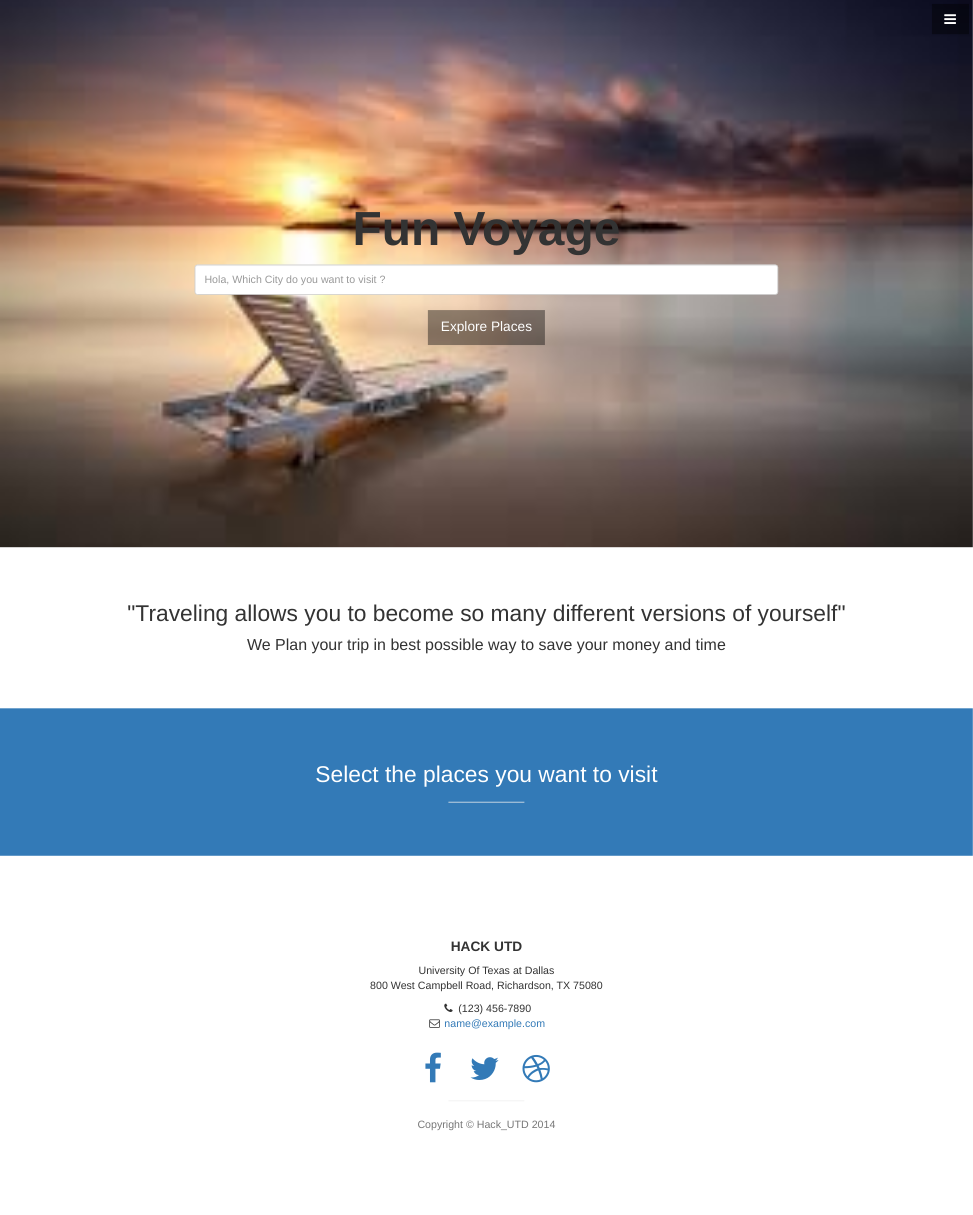
Repository: thomasronk/UTD_Hack
Page: http://localhost/route/Search
An editor plug-in stored every save of this project. The page is shown before and after the next save, followed by the edit.
The browser window is 1280 px wide. The pictures show the whole page, at 76% of full size.
Some web fonts or font styles are not loaded; a fallback is used. The page is served by Tomcat 9. Other server files are loaded and not shown.

Above is the page before, as saved 2015-01-18 12:36:33.

### UTDHackWorkSpace/route/WebContent/WEB-INF/main.jsp

<%@taglib prefix="c" uri="http://java.sun.com/jsp/jstl/core" %>
<html lang="en">

<head>

    <meta charset="utf-8">
    <meta http-equiv="X-UA-Compatible" content="IE=edge">
    <meta name="viewport" content="width=device-width, initial-scale=1">
    <meta name="description" content="">
    <meta name="author" content="">

    <title>Fun Voyage</title>

    <!-- Bootstrap Core CSS -->
    <!--<link href="css/bootstrap.min.css" rel="stylesheet">-->
	<link  rel="stylesheet" href="<c:url value="css/bootstrap.min.css" />" />
    <!-- Custom CSS -->
    <link href="css/stylish-portfolio.css" rel="stylesheet">

    <!-- Custom Fonts -->
    <link href="font-awesome/css/font-awesome.min.css" rel="stylesheet" type="text/css">
    <link href="http://fonts.googleapis.com/css?family=Source+Sans+Pro:300,400,700,300italic,400italic,700italic" rel="stylesheet" type="text/css">

    <!-- HTML5 Shim and Respond.js IE8 support of HTML5 elements and media queries -->
    <!-- WARNING: Respond.js doesn't work if you view the page via file:// -->
    <!--[if lt IE 9]>
        <script src="https://oss.maxcdn.com/libs/html5shiv/3.7.0/html5shiv.js"></script>
        <script src="https://oss.maxcdn.com/libs/respond.js/1.4.2/respond.min.js"></script>
    <![endif]-->

</head>

<body>

    <!-- Navigation -->
    <a id="menu-toggle" href="#" class="btn btn-dark btn-lg toggle"><i class="fa fa-bars"></i></a>
    <nav id="sidebar-wrapper">
        <ul class="sidebar-nav">
            <a id="menu-close" href="#" class="btn btn-light btn-lg pull-right toggle"><i class="fa fa-times"></i></a>
            <li class="sidebar-brand">
                <a href="#top">Start </a>
            </li>
            <li>
                <a href="#top">Home</a>
            </li>
            <li>
                <a href="#about">About</a>
            </li>
            <li>
                <a href="#services">Services</a>
            </li>
            <li>
                <a href="#portfolio">Portfolio</a>
            </li>
            <li>
                <a href="#contact">Contact</a>
            </li>
        </ul>
    </nav>

    <!-- Header -->
    <header id="top" class="header">

        <div class="text-vertical-center">
            <h1>Fun Voyage</h1>
            <!--  <h3>Free Bootstrap Themes &amp; Templates</h3>-->
            <input type="text" class="form-control" id="placeTextField" style="margin-left:20%;margin-top:1%;height:40px;width:60%;"placeholder="Hola, Which City do you want to visit ?"
                   name="place">

            <br>
            <a href="#about" class="btn btn-dark btn-lg">Explore Places</a>
        </div>
    </header>

    <!-- About -->
    <section id="about" class="about">
        <div class="container">
            <div class="row">
                <div class="col-lg-12 text-center">
                    <h2>"Traveling allows you to become so many different versions of yourself"</h2>
                    <p class="lead">We Plan your trip in best possible way to save your money and time </p>
                </div>
            </div>
            <!-- /.row -->
        </div>
        <!-- /.container -->
    </section>

    <section id="services" class="services bg-primary">
        <div class="container">
            <div  class="row text-center">
                <div class="col-lg-10 col-lg-offset-1">
                    <h2>Select the places you want to visit</h2>
                    <hr class="small">
                    <div id="divToBePopulated" class="row">

                    </div>
                    <!-- /.row (nested) -->
                </div>
                <!-- /.col-lg-10 -->
            </div>
            <!-- /.row -->
        </div>
        <!-- /.container -->
    </section>



	<footer>
        <div class="container">
            <div class="row">
                <div class="col-lg-10 col-lg-offset-1 text-center">
                    <h4><strong>HACK UTD</strong>
                    </h4>
                    <p>University Of Texas at Dallas<br>800 West Campbell Road, Richardson, TX 75080</p>
                    <ul class="list-unstyled">
                        <li><i class="fa fa-phone fa-fw"></i> (123) 456-7890</li>
                        <li><i class="fa fa-envelope-o fa-fw"></i>  <a href="mailto:name@example.com">name@example.com</a>
                        </li>
                    </ul>
                    <br>
                    <ul class="list-inline">
                        <li>
                            <a href="#"><i class="fa fa-facebook fa-fw fa-3x"></i></a>
                        </li>
                        <li>
                            <a href="#"><i class="fa fa-twitter fa-fw fa-3x"></i></a>
                        </li>
                        <li>
                            <a href="#"><i class="fa fa-dribbble fa-fw fa-3x"></i></a>
                        </li>
                    </ul>
                    <hr class="small">
                    <p class="text-muted">Copyright &copy; Hack_UTD 2014</p>
                </div>
            </div>
        </div>
    </footer>

    <!-- jQuery -->
    <script src="js/jquery.js"></script>

    <!-- Bootstrap Core JavaScript -->
    <script src="js/bootstrap.min.js"></script>

    <!-- Custom Theme JavaScript -->
    <script>
    // Closes the sidebar menu
    $("#menu-close").click(function(e) {
        e.preventDefault();
        $("#sidebar-wrapper").toggleClass("active");
    });

    // Opens the sidebar menu
    $("#menu-toggle").click(function(e) {
        e.preventDefault();
        $("#sidebar-wrapper").toggleClass("active");
    });

    // Scrolls to the selected menu item on the page
    $(function() {
    	var images = ["bg0.jpg", "bg1.jpg","bg2.jpg","bg3.jpg","bg4.jpg","bg5.jpg","bg6.jpg"];
    	var cnt = 0;
    	setInterval(function () {
    		//console.log("hi");
    	    cnt == images.length-1 ? cnt = 0 : ++cnt;
    	    var url = "img/"+images[cnt];

    	    $(".header").css("background-image", "url(" + url + ")");

    	    //$(".header").css("background-repeat", "no-repeat");
    	    //$(".header").css("background-position", "center center");
    	    //$(".header").css("background-attachment", "scroll");
    	    //$(".header").css("background", background);
    	}, 3000);

    	//setInterval(function() {
    		//  $('.header img')
    		  //  .fadeOut(1000);
    		  //cnt == images.length-1 ? cnt = 0 : ++cnt;
      	    //var url = "img/"+images[cnt];

    		  //  $(".header").css("background-image", "url(" + url + ")");
    		 // $('.header img')
  		    //.fadeIn(1000);

    		//},  3000);
    	//setInterval(function() {
    	//$(".header").animate(1000,function(){
    		//cnt == images.length-1 ? cnt = 0 : ++cnt;
       	    //var url = "img/"+images[cnt];
       	    //$(".header").css("background-image", "url(" + url + ")").animate();
    	 //});
    	//},  3000);

        $('a[href*=#]:not([href=#])').click(function() {
            if (location.pathname.replace(/^\//, '') == this.pathname.replace(/^\//, '') || location.hostname == this.hostname) {

                var target = $(this.hash);
                target = target.length ? target : $('[name=' + this.hash.slice(1) + ']');
                if (target.length) {
                    $('html,body').animate({
                        scrollTop: target.offset().top
                    }, 1000);
                    $("#divToBePopulated").empty();



                    var placesTextFieldValue = jQuery("#placeTextField").val();
                    jQuery.getJSON("/route/Place", {place : decodeURIComponent(placesTextFieldValue)},function(returnedData){
                        if(returnedData) {
                            var len = returnedData.length;
                            if(len>0){
                                for(var i=0;i<len;i++){
                                    var divToAppend = "<div class=\"col-md-3 col-sm-6\"><div class=\"service-item\"><span class=\"fa-stack fa-4x\"><img class=\"fa-stack-2x text-primary\" src=\""+returnedData[i].imgUrl+"\"/></span><h4><strong>"+returnedData[i].placeName+"</strong></h4><p>"+returnedData[i].address+"</p><input type=\"checkbox\" class=\"checkedPlaces\ value=\""+returnedData[i].id+"\"/><span style=\"display: none\">"+returnedData[i].id+"</span><span style=\"display: none\">"+returnedData[i].rating+"</span><span style=\"display: none\">"+returnedData[i].timeSpent+"</span><span style=\"display: none\">"+returnedData[i].cost+"</span>";
                                    jQuery("#divToBePopulated").append(divToAppend);
                                }
                            }
                        }
                    });
                    return false;
                }
            }
        });
    });
    </script>

</body>

</html>

### UTDHackWorkSpace/route/src/com/src/utdhack/Search.java
package com.src.utdhack;

import java.io.IOException;
import javax.servlet.ServletException;
import javax.servlet.annotation.WebServlet;
import javax.servlet.http.HttpServlet;
import javax.servlet.http.HttpServletRequest;
import javax.servlet.http.HttpServletResponse;

/**
 * Servlet implementation class Search
 */
@WebServlet("/Search")
public class Search extends HttpServlet {
	private static final long serialVersionUID = 1L;

    /**
     * @see HttpServlet#HttpServlet()
     */
    public Search() {
        super();
        // TODO Auto-generated constructor stub
    }

	/**
	 * @see HttpServlet#doGet(HttpServletRequest request, HttpServletResponse response)
	 */
	protected void doGet(HttpServletRequest request, HttpServletResponse response) throws ServletException, IOException {
		// TODO Auto-generated method stub
		System.out.println("I am in Search Page");
		//response.getWriter().println("Hello Friend!!!");
		request.getRequestDispatcher("/WEB-INF/main.jsp").forward(request, response);
	}

	/**
	 * @see HttpServlet#doPost(HttpServletRequest request, HttpServletResponse response)
	 */
	protected void doPost(HttpServletRequest request, HttpServletResponse response) throws ServletException, IOException {
		// TODO Auto-generated method stub
	}

}

### UTDHackWorkSpace/route/WebContent/css/stylish-portfolio.css
/*!
 * Start Bootstrap - Stylish Portfolio Bootstrap Theme (http://startbootstrap.com)
 * Code licensed under the Apache License v2.0.
 * For details, see http://www.apache.org/licenses/LICENSE-2.0.
 */

/* Global Styles */

html,
body {
    width: 100%;
    height: 100%;
}

body {
    font-family: "Source Sans Pro","Helvetica Neue",Helvetica,Arial,sans-serif;
}

.text-vertical-center {
    display: table-cell;
    text-align: center;
    vertical-align: middle;
}

.text-vertical-center h1 {
    margin: 0;
    padding: 0;
    font-size: 4.5em;
    font-weight: 700;
}

/* Custom Button Styles */

.btn-dark {
    border-radius: 0;
    color: #fff;
    background-color: rgba(0,0,0,0.4);
}

.btn-dark:hover,
.btn-dark:focus,
.btn-dark:active {
    color: #fff;
    background-color: rgba(0,0,0,0.7);
}

.btn-light {
    border-radius: 0;
    color: #333;
    background-color: rgb(255,255,255);
}

.btn-light:hover,
.btn-light:focus,
.btn-light:active {
    color: #333;
    background-color: rgba(255,255,255,0.8);
}

/* Custom Horizontal Rule */

hr.small {
    max-width: 100px;
}

/* Side Menu */

#sidebar-wrapper {
    z-index: 1000;
    position: fixed;
    right: 0;
    width: 250px;
    height: 100%;
    margin-right: -250px;
    overflow-y: auto;
    background: #222;
    -webkit-transition: all 0.4s ease 0s;
    -moz-transition: all 0.4s ease 0s;
    -ms-transition: all 0.4s ease 0s;
    -o-transition: all 0.4s ease 0s;
    transition: all 0.4s ease 0s;
}

.sidebar-nav {
    position: absolute;
    top: 0;
    width: 250px;
    margin: 0;
    padding: 0;
    list-style: none;
}

.sidebar-nav li {
    text-indent: 20px;
    line-height: 40px;
}

.sidebar-nav li a {
    display: block;
    text-decoration: none;
    color: #999;
}

.sidebar-nav li a:hover {
    text-decoration: none;
    color: #fff;
    background: rgba(255,255,255,0.2);
}

.sidebar-nav li a:active,
.sidebar-nav li a:focus {
    text-decoration: none;
}

.sidebar-nav > .sidebar-brand {
    height: 55px;
    font-size: 18px;
    line-height: 55px;
}

.sidebar-nav > .sidebar-brand a {
    color: #999;
}

.sidebar-nav > .sidebar-brand a:hover {
    color: #fff;
    background: none;
}

#menu-toggle {
    z-index: 1;
    position: fixed;
    top: 0;
    right: 0;
}

#sidebar-wrapper.active {
    right: 250px;
    width: 250px;
    -webkit-transition: all 0.4s ease 0s;
    -moz-transition: all 0.4s ease 0s;
    -ms-transition: all 0.4s ease 0s;
    -o-transition: all 0.4s ease 0s;
    transition: all 0.4s ease 0s;
}

.toggle {
    margin: 5px 5px 0 0;
}

/* Header */

.header {
    display: table;
    position: relative;
    width: 100%;
    height: 100%;
    background-image: url(../img/bg0.jpg);
    background-repeat: no-repeat;
    background-position:center center;
    background-attachment: scroll;
    -webkit-background-size: cover;
    -moz-background-size: cover;
    background-size: cover;
    -o-background-size: cover;
}

/* About */

.about {
    padding: 50px 0;
}

/* Services */

.services {
    padding: 50px 0;
}

.service-item {
    margin-bottom: 30px;
}

/* Callout */

.callout {
    display: table;
    width: 100%;
    height: 400px;
    color: #fff;
    background: url(../img/callout.jpg) no-repeat center center scroll;
    -webkit-background-size: cover;
    -moz-background-size: cover;
    background-size: cover;
    -o-background-size: cover;
}

/* Portfolio */

.portfolio {
    padding: 50px 0;
}

.portfolio-item {
    margin-bottom: 30px;
}

.img-portfolio {
    margin: 0 auto;
}

.img-portfolio:hover {
    opacity: 0.8;
}

/* Call to Action */

.call-to-action {
    padding: 50px 0;
}

.call-to-action .btn {
    margin: 10px;
}

/* Map */

.map {
    height: 500px;
}

@media(max-width:768px) {
    .map {
        height: 75%;
    }
}

/* Footer */

footer {
    padding: 100px 0;
}

Loaded but not shown: UTDHackWorkSpace/route/WebContent/css/bootstrap.min.css (library); UTDHackWorkSpace/route/WebContent/font-awesome/css/font-awesome.min.css (library); UTDHackWorkSpace/route/WebContent/js/jquery.js (library); UTDHackWorkSpace/route/WebContent/js/bootstrap.min.js (library)

After the next save:
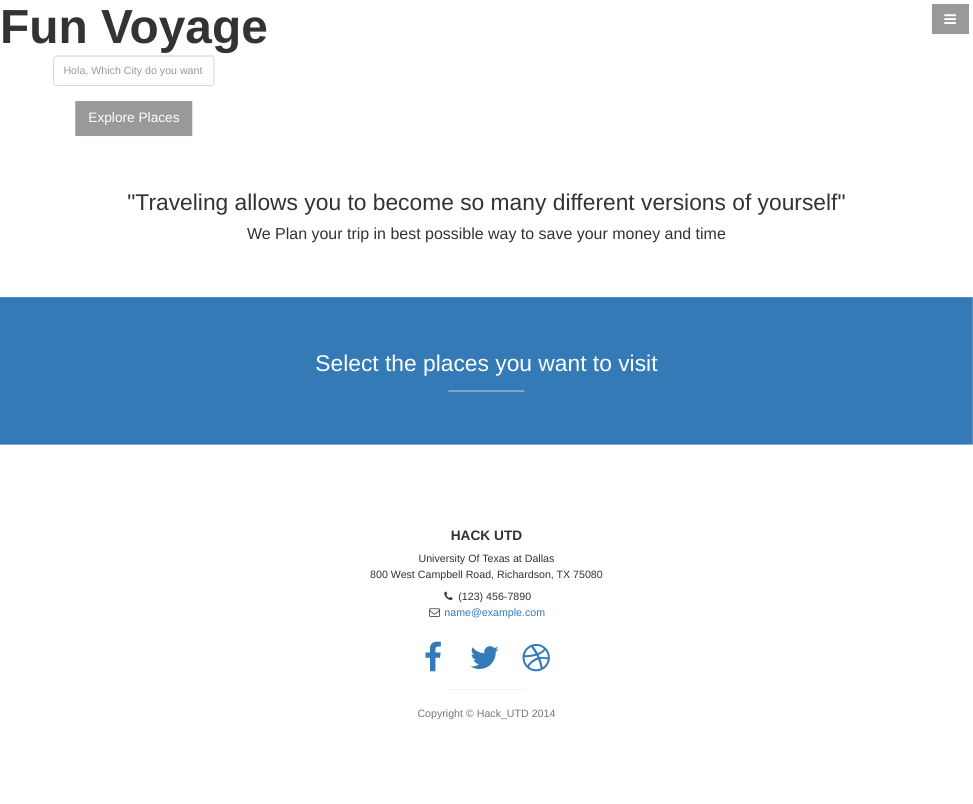
Saved 10 min 19 s later.
--- a/UTDHackWorkSpace/route/WebContent/WEB-INF/main.jsp
+++ b/UTDHackWorkSpace/route/WebContent/WEB-INF/main.jsp
@@ -62,7 +62,10 @@
     <!-- Header -->
     <header id="top" class="header">
 
-        <div class="text-vertical-center">
+
+    </header>
+
+	<div class="text-vertical-center">
             <h1>Fun Voyage</h1>
             <!--  <h3>Free Bootstrap Themes &amp; Templates</h3>-->
             <input type="text" class="form-control" id="placeTextField" style="margin-left:20%;margin-top:1%;height:40px;width:60%;"placeholder="Hola, Which City do you want to visit ?"
@@ -71,8 +74,6 @@
             <br>
             <a href="#about" class="btn btn-dark btn-lg">Explore Places</a>
         </div>
-    </header>
-
     <!-- About -->
     <section id="about" class="about">
         <div class="container">

After the save that followed:
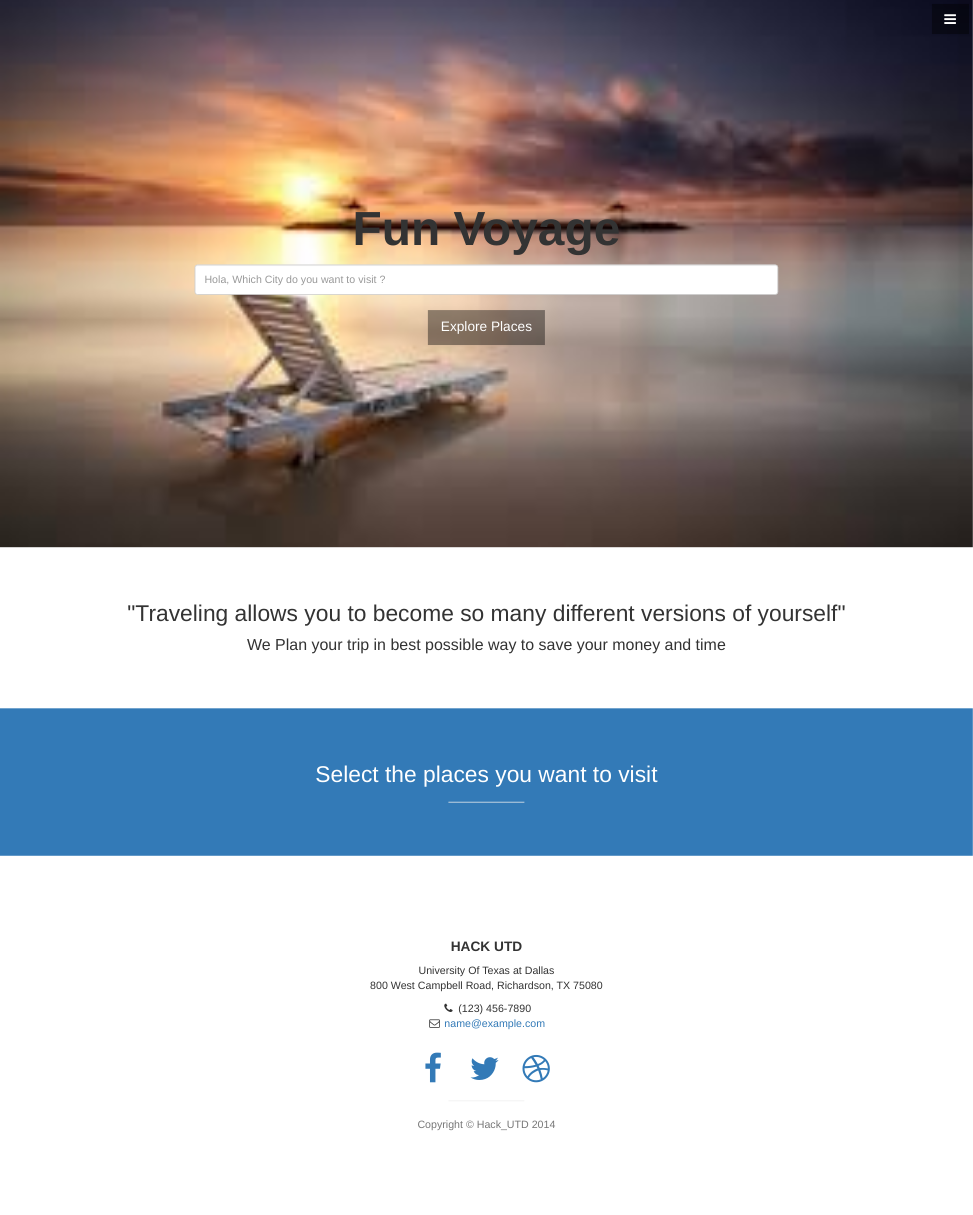
Saved 14 s later.
--- a/UTDHackWorkSpace/route/WebContent/WEB-INF/main.jsp
+++ b/UTDHackWorkSpace/route/WebContent/WEB-INF/main.jsp
@@ -62,10 +62,7 @@
     <!-- Header -->
     <header id="top" class="header">
 
-
-    </header>
-
-	<div class="text-vertical-center">
+        <div class="text-vertical-center">
             <h1>Fun Voyage</h1>
             <!--  <h3>Free Bootstrap Themes &amp; Templates</h3>-->
             <input type="text" class="form-control" id="placeTextField" style="margin-left:20%;margin-top:1%;height:40px;width:60%;"placeholder="Hola, Which City do you want to visit ?"
@@ -74,6 +71,8 @@
             <br>
             <a href="#about" class="btn btn-dark btn-lg">Explore Places</a>
         </div>
+    </header>
+
     <!-- About -->
     <section id="about" class="about">
         <div class="container">
